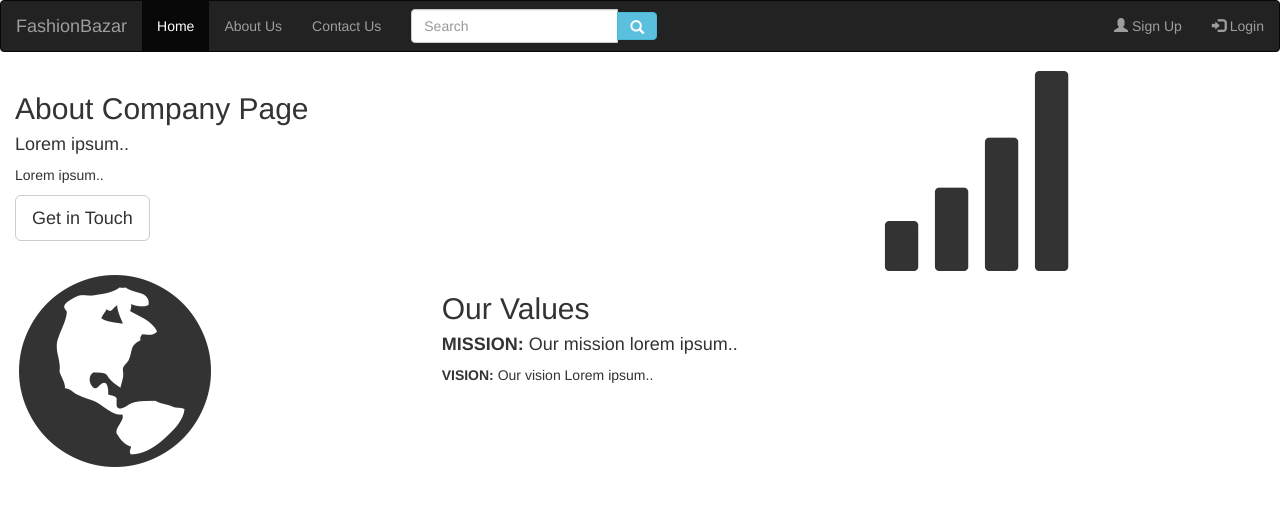
Repository: SmithaMendonca/Project-1
Page: http://localhost/FashionBazarFrontend/WEB-INF/views/AboutUs.jsp
These files come from the project's save history. The page is drawn as it stood at one moment and after the next save; the edit follows.
The browser window is 1280 px wide. The pictures show the whole page.
The page is served by Tomcat 9. Nobody is signed in. Other server files are loaded and not shown. The template is opened directly, without the code that normally fills it, so the values that code supplies are empty.

Above is the page before, as saved 2019-06-06 04:49:00.

### FashionBazarFrontend/src/main/webapp/WEB-INF/views/AboutUs.jsp
<%@include file="Header.jsp"%>
<html>
<head>
<style>
 .logo {
  font-size: 200px;
}
@media screen and (max-width: 768px) {
  .col-sm-4 {
    text-align: center;
    margin: 25px 0;
  }
}

</style>

</head>
<body>
	<div class="container-fluid">
  <div class="row">
    <div class="col-sm-8">
      <h2>About Company Page</h2>
      <h4>Lorem ipsum..</h4>
      <p>Lorem ipsum..</p>
      <button class="btn btn-default btn-lg">Get in Touch</button>
    </div>
    <div class="col-sm-4">
      <span class="glyphicon glyphicon-signal logo"></span>
    </div>
  </div>
</div>

	<div class="container-fluid bg-grey">
  <div class="row">
    <div class="col-sm-4">
      <span class="glyphicon glyphicon-globe logo"></span>
    </div>
    <div class="col-sm-8">
      <h2>Our Values</h2>
      <h4><strong>MISSION:</strong> Our mission lorem ipsum..</h4>
      <p><strong>VISION:</strong> Our vision Lorem ipsum..</p>
    </div>
  </div>
</div>

</body>
</html>

### FashionBazarFrontend/src/main/webapp/WEB-INF/views/Header.jsp
<%@ page language="java" contentType="text/html"%>
<%@ taglib uri="http://java.sun.com/jsp/jstl/core" prefix="c"%>
<%@taglib prefix="form" uri="http://www.springframework.org/tags/form"%>
<html>
<head>
<title>Welcome to Fashion Bazar</title>
 <meta charset="utf-8">
 <meta name="viewport" content="width=device-width, initial-scale=1">
 <link rel="stylesheet" href="https://maxcdn.bootstrapcdn.com/bootstrap/3.4.0/css/bootstrap.min.css">
  <script src="https://ajax.googleapis.com/ajax/libs/jquery/3.4.0/jquery.min.js"></script>
  <script src="https://maxcdn.bootstrapcdn.com/bootstrap/3.4.0/js/bootstrap.min.js"></script>
</head>
<body>
	  <nav class="navbar navbar-inverse">
      <div class="container-fluid">
        <div class="navbar-header">
	         <a class="navbar-brand" href="#">FashionBazar</a>
        </div>
        <ul class="nav navbar-nav">
         <c:if test="${!sessionScope.loggedIn }">
	      <li class="active"><a href="index.jsp">Home</a></li>
          <li><a href="<c:url value="/aboutus"/>">About Us</a></li>
          <li><a href="<c:url value="/contactus"/>">Contact Us</a></li>
          <form class="navbar-form navbar-left">
  				<div class="input-group">
    			  <input type="text" class="form-control" placeholder="Search">
   				 	<div class="input-group-btn">
      				<button class="btn btn-info" type="button">
        				<span class="glyphicon glyphicon-search"></span>
      				</button>
    				</div>
  				</div>
			</form>
         </c:if>

         <c:if test="${sessionScope.loggedIn }">
               <c:if test="${sessionScope.role=='ROLE_ADMIN' }">
	      <li><a href="<c:url value="/category"/>">Category Management</a></li>
          <li><a href="<c:url value="/product"/>">Product Management</a></li>
               </c:if>
         </c:if>

          <c:if test="${sessionScope.loggedIn }">
              <c:if test="${sessionScope.role=='ROLE_USER' }">
           <li><a href="<c:url value="/productPage"/>">Products</a></li>
          <li><a href="<c:url value="/showCart"/>">Cart</a></li>
              </c:if>
          </c:if>
       </ul>

       <ul class="nav navbar-nav navbar-right">
         <c:if test="${!sessionScope.loggedIn }">
	     	<li><a href="<c:url value="/register"/>"><span class="glyphicon glyphicon-user"></span> Sign Up</a></li>
        	 <li><a href="<c:url value="/login"/>"><span class="glyphicon glyphicon-log-in"></span> Login</a></li>
         </c:if>

         <c:if test="${sessionScope.loggedIn }">
            <li><a href="#"><span class="glyphicon glyphicon-user"></span>Hi ${sessionScope.username}</a></li>
            <li><a href="<c:url value="/perform_logout"/>"><span class="glyphicon glyphicon-log-in"></span> Logout</a></li>
         </c:if>
       </ul>
     </div>
    </nav>
</body>
</html>

After the next save:
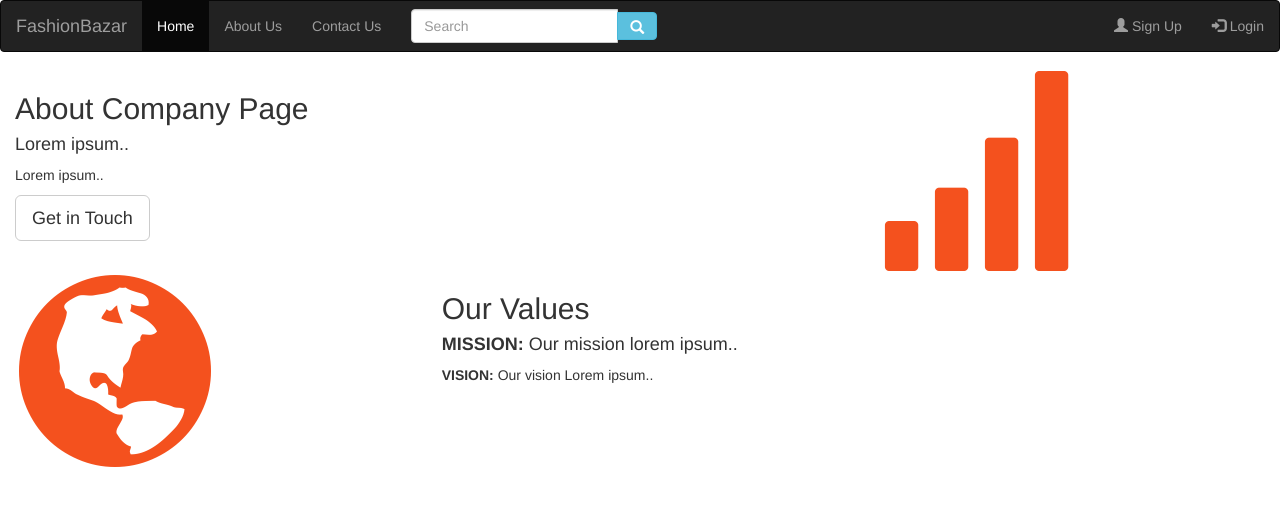
Saved 69 s later.
--- a/FashionBazarFrontend/src/main/webapp/WEB-INF/views/AboutUs.jsp
+++ b/FashionBazarFrontend/src/main/webapp/WEB-INF/views/AboutUs.jsp
@@ -3,6 +3,7 @@
 <head>
 <style>
  .logo {
+   color: #f4511e;
   font-size: 200px;
 }
 @media screen and (max-width: 768px) {
